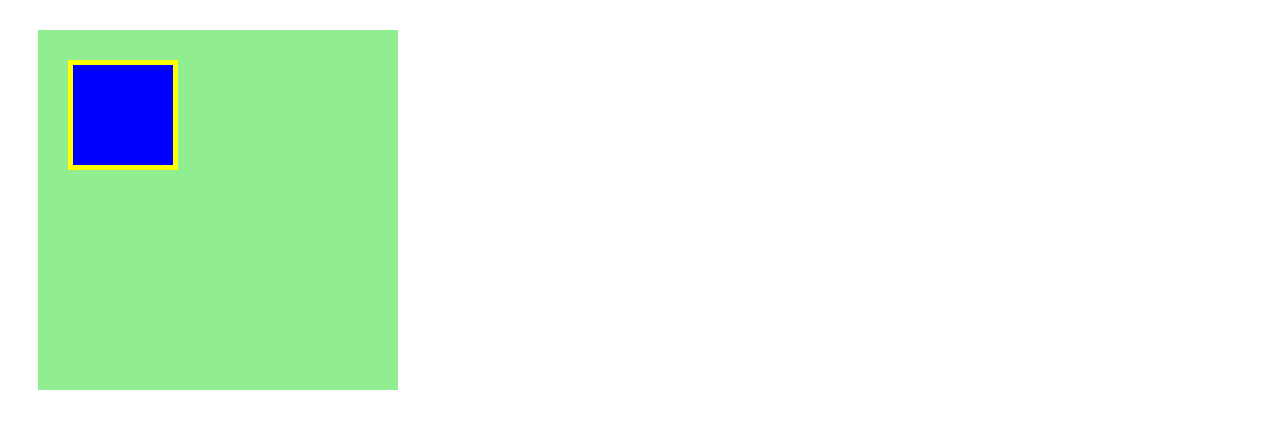
Repository: itoudaiki/git-practice
Page: box/box.html
The author's editor kept a record of every edit. The page is drawn from the files as they stood at one moment, then again after the next edit.
The browser window is 1280 px wide. The pictures show the whole page.

Above is the page before.

After the next edit:
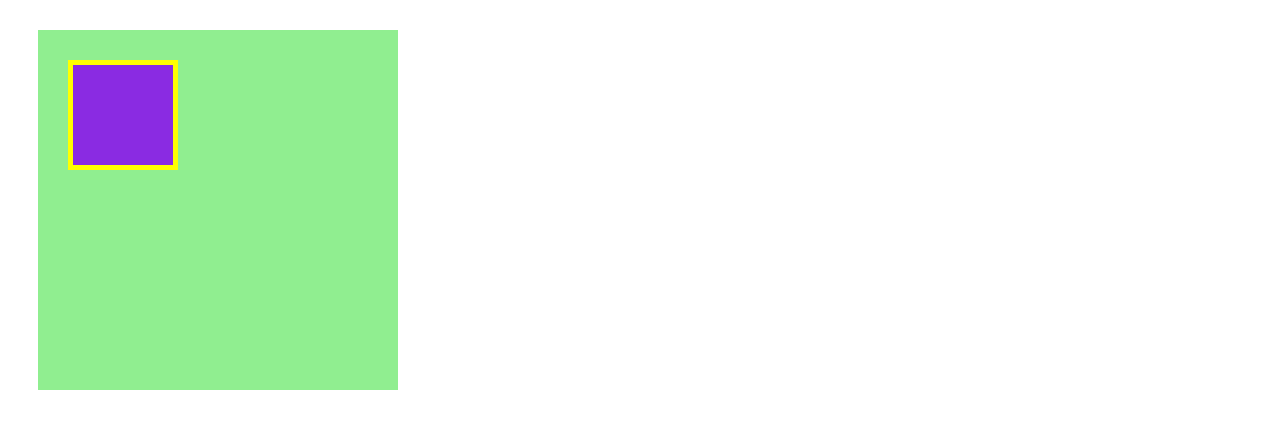
The edit:
--- a/box/box.css
+++ b/box/box.css
@@ -8,6 +8,6 @@
 .box2 {
     width:100px;
     height: 100px;
-    background-color: blue;
+    background-color: #8a2be2;
     border: 5px solid yellow;
 }
